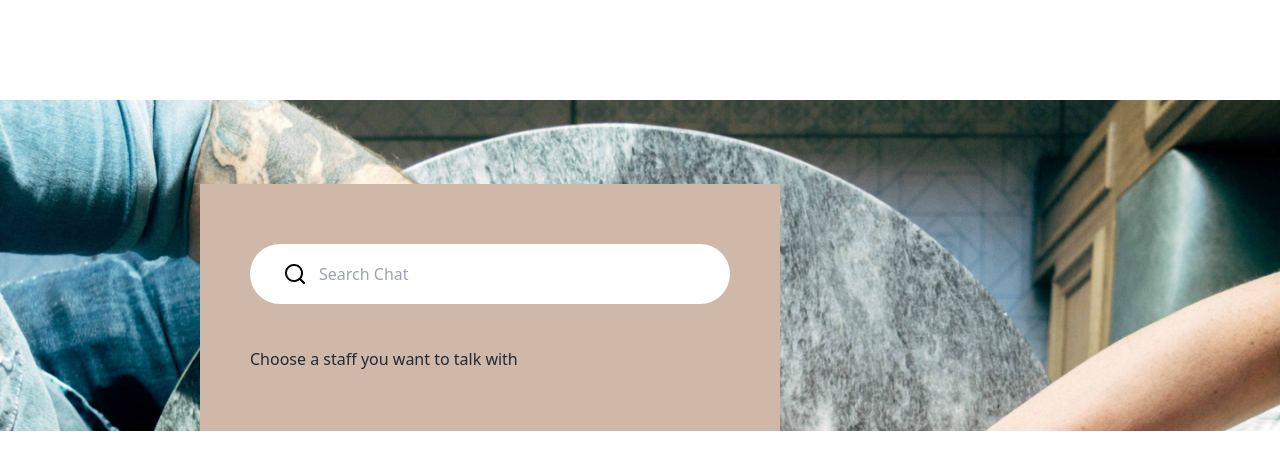
Repository: boykebn/fw12-collab2-FRONTEND
Page: /chat (app in our/)
The author's editor kept a copy of each file at every save. The page is drawn from the files as they stood at one save, then again after the next save.
The browser window is 1280 px wide. The pictures show the whole page.
The project was rebuilt for these pictures with package versions that can differ from the ones it lists, and the page was loaded fresh each time. The framework's server and built-in components were replaced by stand-ins that run in the browser. Also part of the build but not shown: our/next.config.js.

Above is the page before, as saved 2022-12-31 23:40:58.

### our/pages/_app.js
import "../styles/globals.css";
import { Provider } from "react-redux";
import { store } from "../redux/store";

export default function App({ Component, pageProps }) {
  return (
    <Provider store={store}>
      <Component {...pageProps} />
    </Provider>
  );
}

### our/pages/chat.js
import React from "react";
import Image from "next/image";
import search from "../assets/search.png";

const Chat = () => {
  return (
    <div className="pt-[100px] font-poppins">
      <div className="bg-[url('../assets/background-chat.png')] bg-cover bg-no-repeat">
        <div className="pt-[84px] px-[200px] flex">
          <div className="border-1 bg-[#d0b8a8] py-[60px] px-[50px]">
            <div className="border-1 flex items-center bg-white py-[18px] pl-[35px] pr-[180px] rounded-[30px] mb-[43px]">
              <Image src={search} alt="search" className="mr-[14px]" />
              <input placeholder="Search Chat" className="focus:outline-none" />
            </div>
            <p>Choose a staff you want to talk with</p>
          </div>
          <div></div>
        </div>
      </div>
    </div>
  );
};

export default Chat;

### our/styles/globals.css
@tailwind base;
@tailwind components;
@tailwind utilities;

@import url("https://fonts.googleapis.com/css2?family=Rubik&display=swap");
.btn {
  text-transform: none;
  width: 100%;
}
.input {
  width: 100%;
}

@media (min-width: 768px) {
  .bg-forgot-password {
    background-image: url("../images/forgotPasswordBg.png");
  }
}

### our/redux/store.js
import { configureStore } from '@reduxjs/toolkit';
import thunk from 'redux-thunk'
import reducer from './reducers';
import {persistStore} from 'redux-persist'

const store = configureStore({
    reducer,
    middleware: [thunk]
})

const persistor = persistStore(store)

export {store, persistor}

### our/redux/reducers/index.js
import {combineReducers} from '@reduxjs/toolkit';
import {persistReducer} from 'redux-persist'
import storage from 'redux-persist/lib/storage'
import auth from './auth'

const authConfig = {
    key: 'auth',
    storage
}

const reducer = combineReducers({
    auth: persistReducer(authConfig, auth),
})

export default reducer

### our/redux/reducers/auth.js
import {createSlice} from '@reduxjs/toolkit'

const initialState = {
    token: null
}

const authReducer = createSlice({
    name: 'auth',
    initialState,
    reducers: {
        logout: (state, action) => {
            return initialState
        }
    },
    extraReducers: (build) => {
    }
})

export const { logout } = authReducer.actions

export default authReducer.reducer

### our/tailwind.config.js
/** @type {import('tailwindcss').Config} */
module.exports = {
  content: [
    "./pages/**/*.{js,ts,jsx,tsx}",
    "./components/**/*.{js,ts,jsx,tsx}",
  ],
  theme: {
    extend: {
      fontFamily: {
        rubik: ["Rubik", "sans-serif"],
      },
      backgroundImage: {
        order_bg: "url('../images/bg-1.png')",
      },
    },
  },
  plugins: [require("daisyui")],
};

After the next save:
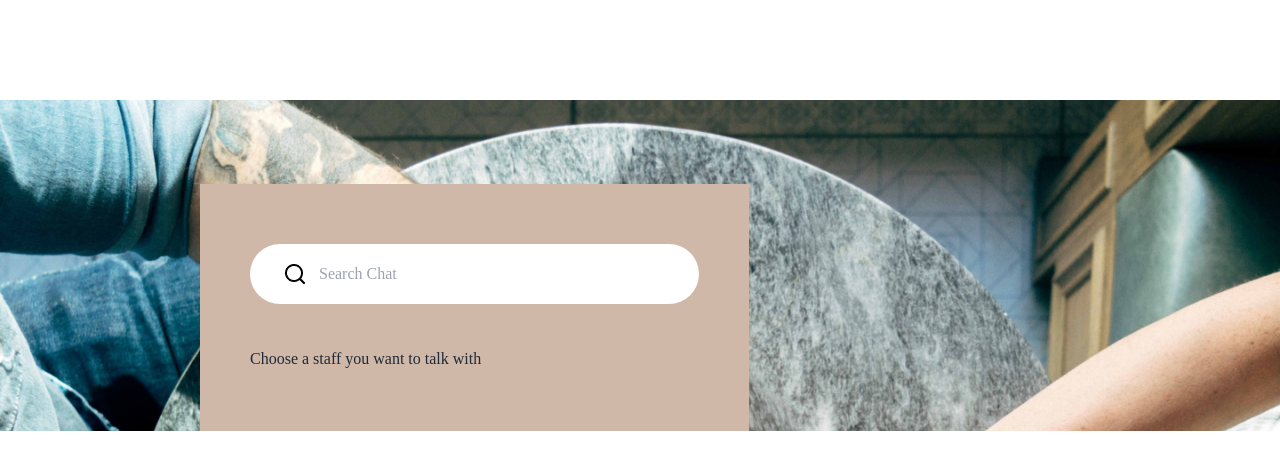
Saved 88 s later.
--- a/our/tailwind.config.js
+++ b/our/tailwind.config.js
@@ -8,6 +8,7 @@ module.exports = {
     extend: {
       fontFamily: {
         rubik: ["Rubik", "sans-serif"],
+        poppins: ["Poppins"],
       },
       backgroundImage: {
         order_bg: "url('../images/bg-1.png')",
